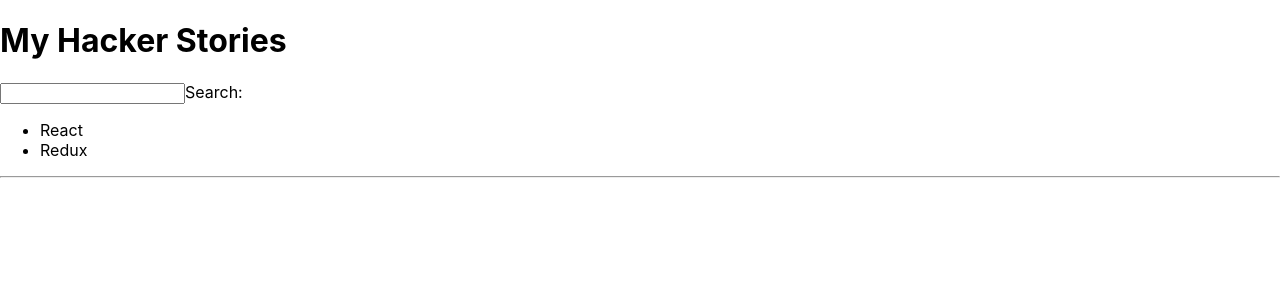
Repository: m-ahmadshaikh/FullStackProjects
Page: / (app in 03-react/hacker-stories/)
An editor plug-in stored every save of this project. The page is shown before and after a run of saves, followed by the edit.
The browser window is 1280 px wide. The pictures show the whole page.
The project was rebuilt for these pictures with package versions that can differ from the ones it lists, and the page was loaded fresh each time. Also part of the build but not shown: 03-react/hacker-stories/src/App.css.

Above is the page before, as saved 2022-08-24 09:40:24.

After the next 6 saves:
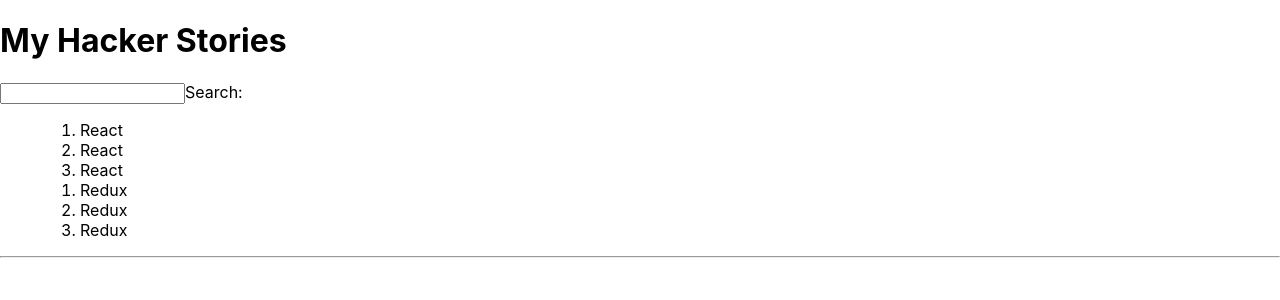
The 6 saves are shown as one change because 1 did not build or start and some came seconds apart.
The last was saved 28 s later.
--- a/03-react/hacker-stories/src/App.jsx
+++ b/03-react/hacker-stories/src/App.jsx
@@ -21,7 +21,10 @@
     objectID: 1,
   },
 ];
-const newN = list.map((item) => <li>{item.title}</li>);
+const newN = list.map((item) => <ol><li>{item.title}</li>
+<li>{item.title}</li>
+<li>{item.title}</li>
+</ol>);
 function App() {
   return (
     <div>
